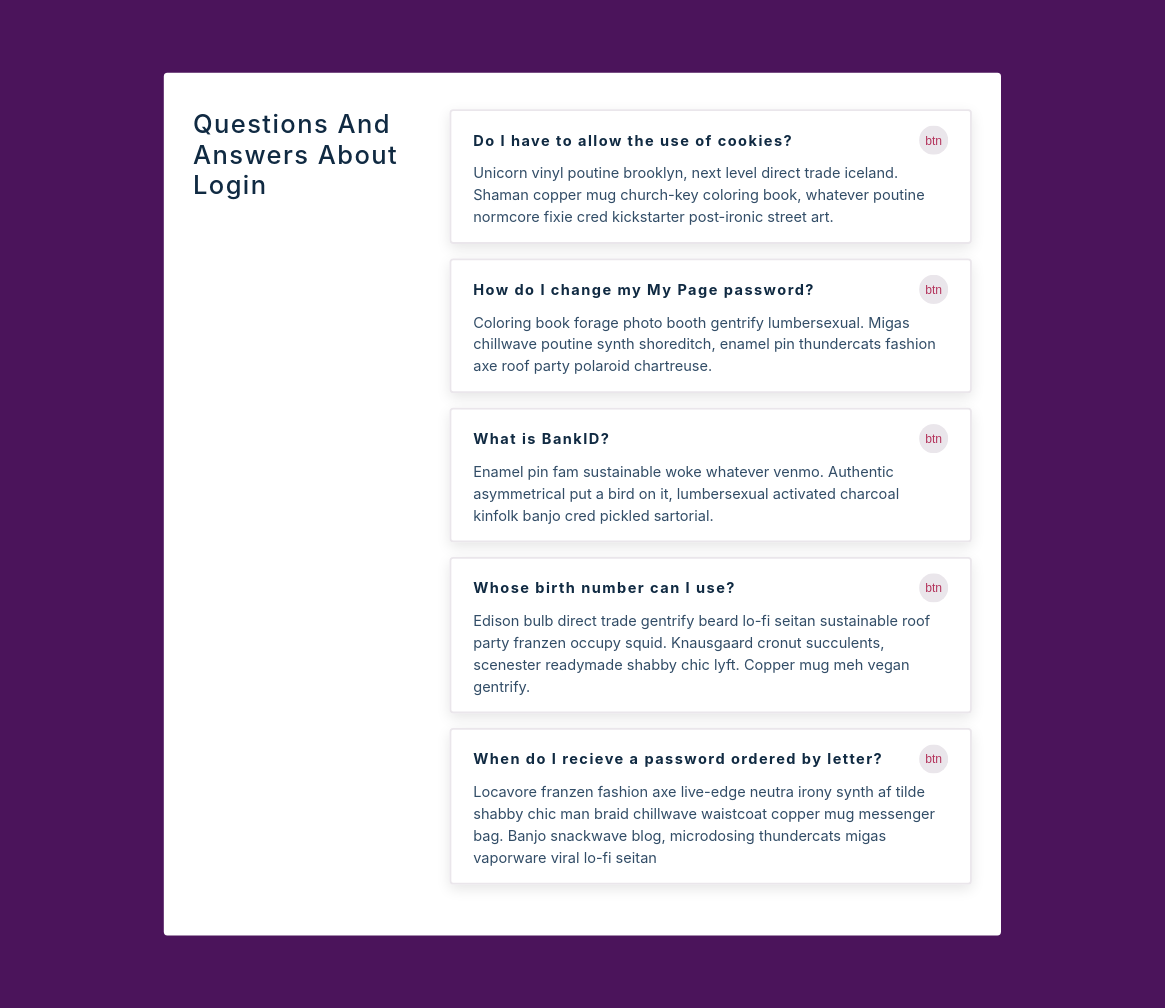
Repository: bodescuanamariia/accordion
Page: /
These files come from the project's save history. The page is drawn as it stood at one moment and after the next save; the edit follows.
The browser window is 1280 px wide. The pictures show the whole page, at 91% of full size.
The project was rebuilt for these pictures with package versions that can differ from the ones it lists, and the page was loaded fresh each time.

Above is the page before, as saved 2022-04-20 13:17:44.

After the next save:
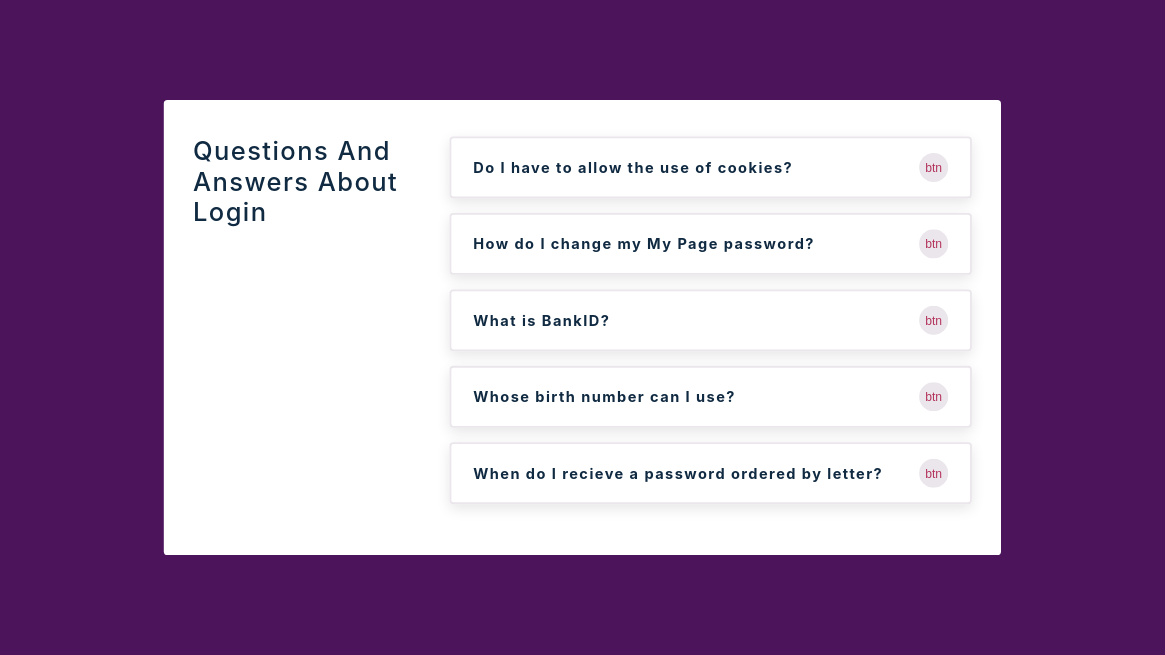
Saved 62 s later.
--- a/src/Question.js
+++ b/src/Question.js
@@ -2,7 +2,7 @@ import React, { useState } from "react";
 import { AiOutlineMinus, AiOutlinePlus } from "react-icons/ai";
 
 const Question = ({ title, info }) => {
-  const [question, setQuestion] = useState(0);
+  const [showInfo, setShowInfo] = useState(false);
 
   return (
     <>
@@ -11,7 +11,8 @@ const Question = ({ title, info }) => {
           <h4>{title}</h4>
           <button className="btn">btn</button>
         </header>
-        <p>{info}</p>
+
+        {showInfo && <p>{info}</p>}
       </article>
     </>
   );
